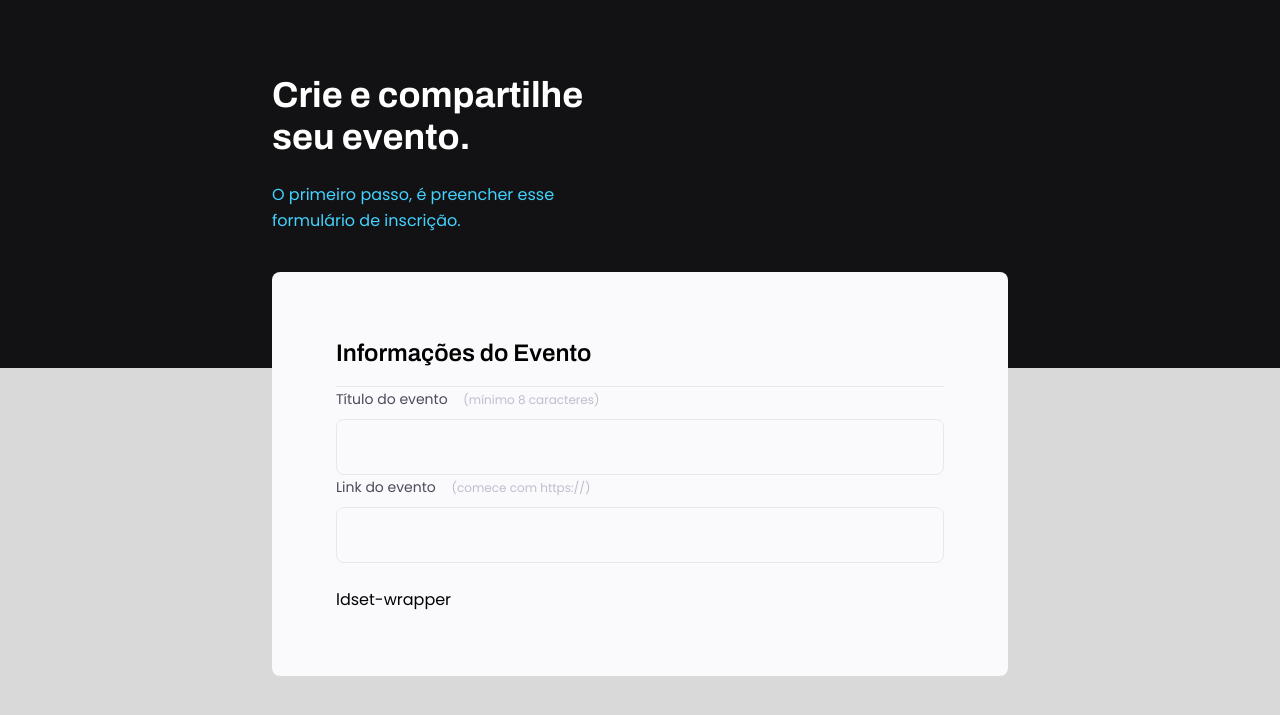
Repository: devMuriloOliveira/Formulario
Page: index.html
An editor plug-in stored every save of this project. The page is shown before and after the next save, followed by the edit.
The browser window is 1280 px wide. The pictures show the whole page.

Above is the page before, as saved 2023-10-31 21:02:54.

After the next save:
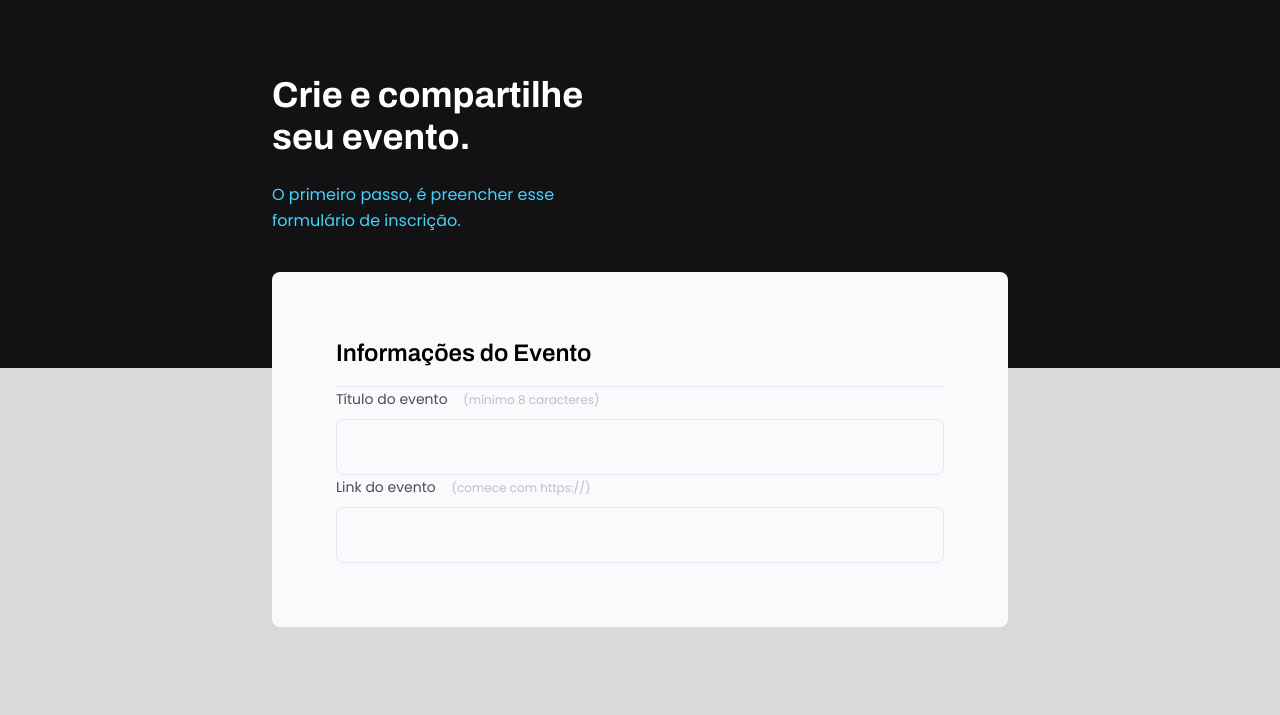
Saved 70 s later.
--- a/index.html
+++ b/index.html
@@ -22,7 +22,7 @@
 
       <form>
         <fieldset>
-          <div class="fie">
+          <div class="fieldset-wrapper">
             <legend>Informações do Evento</legend>
 
             <div class="input-wrapper">
@@ -41,7 +41,6 @@
               <input type="text" id="event-link" />
             </div>
           </div>
-          ldset-wrapper
         </fieldset>
       </form>
     </div>
